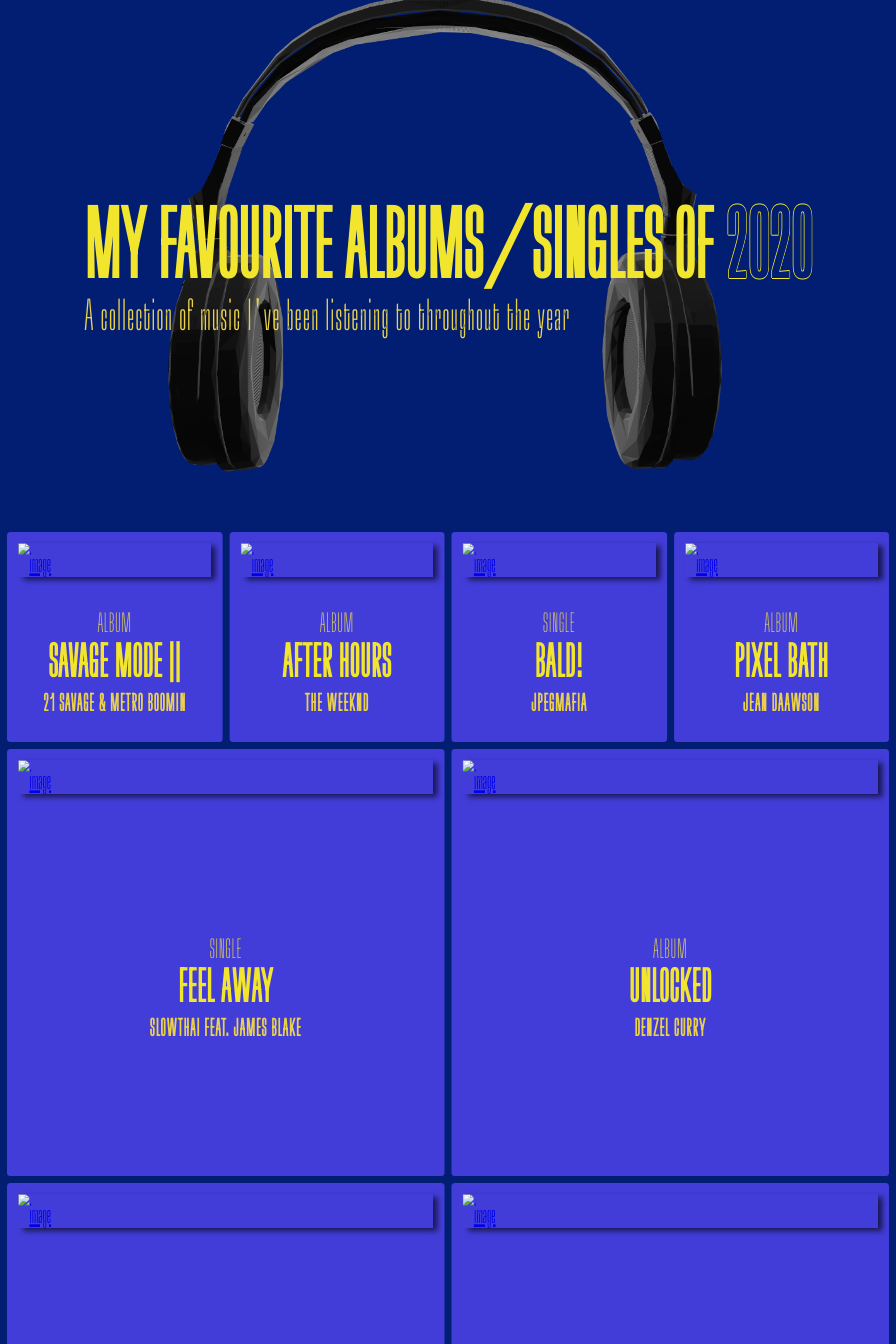
Repository: Spreceriany/musicly2020
Page: /
An editor plug-in stored every save of this project. The page is shown before and after a run of saves, followed by the edit.
The browser window is 1280 px wide. The pictures show the part of the page from y = 0 to 1920 px (the page is 6055 px tall before and 6065 px after), at 70% of full size.
Backgrounds fixed to the window are drawn as part of the page. Some web libraries are served in a nearby version. The project was rebuilt for these pictures with package versions that can differ from the ones it lists, and the page was loaded fresh each time.

Above is the page before, as saved 2021-01-18 15:36:32.
Console error: ReferenceError: Blazy is not defined

After the next 2 saves:
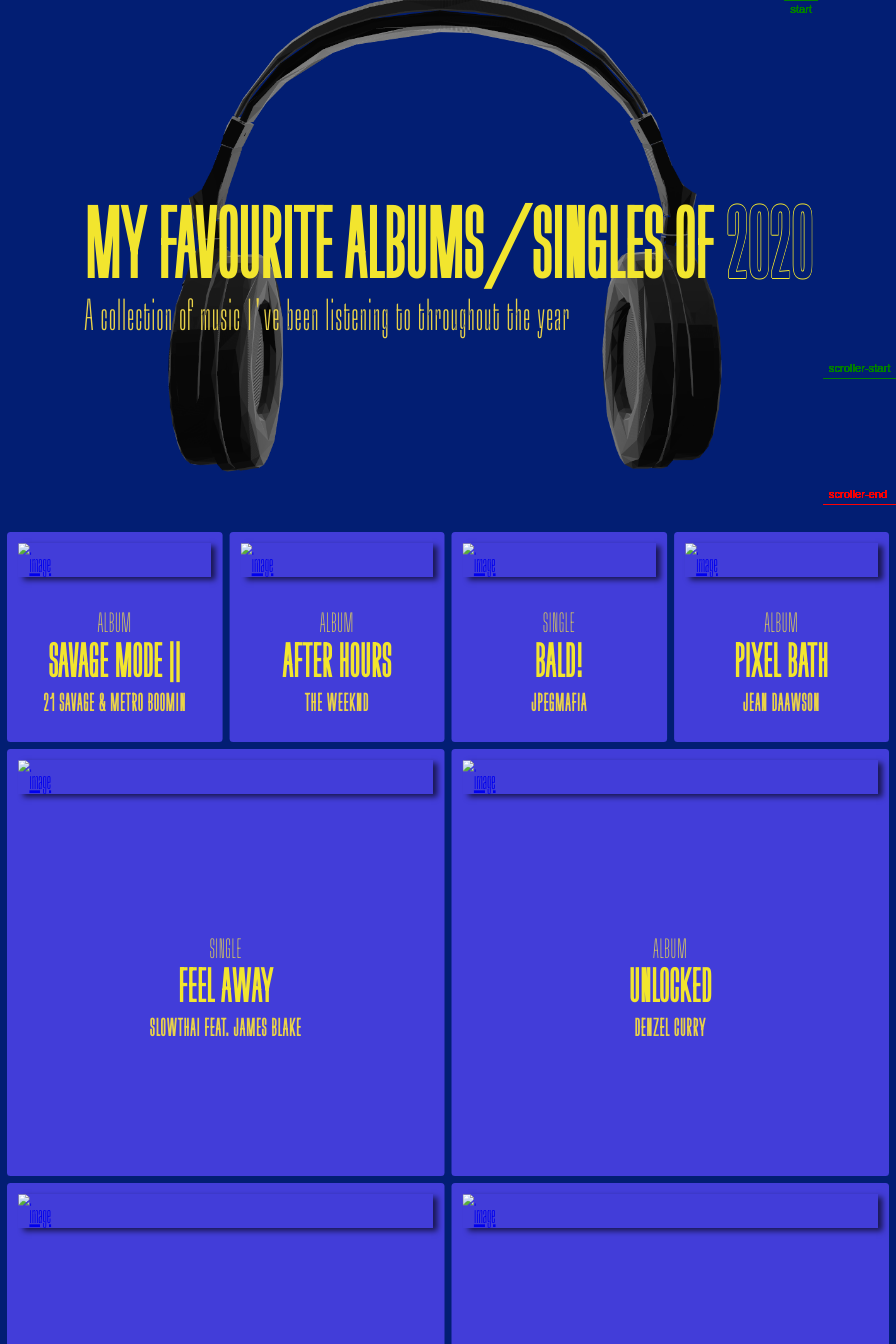
The 2 saves are shown as one change because they came seconds apart.
The last was saved 16 s later.
--- a/js/main.js
+++ b/js/main.js
@@ -7,7 +7,8 @@
         { opacity: 1,
           stagger: 0.3,
           scrollTrigger:{
-              start: "top 75%"
+              start: "top 75%",
+              markers:true
           }
 
         }),
